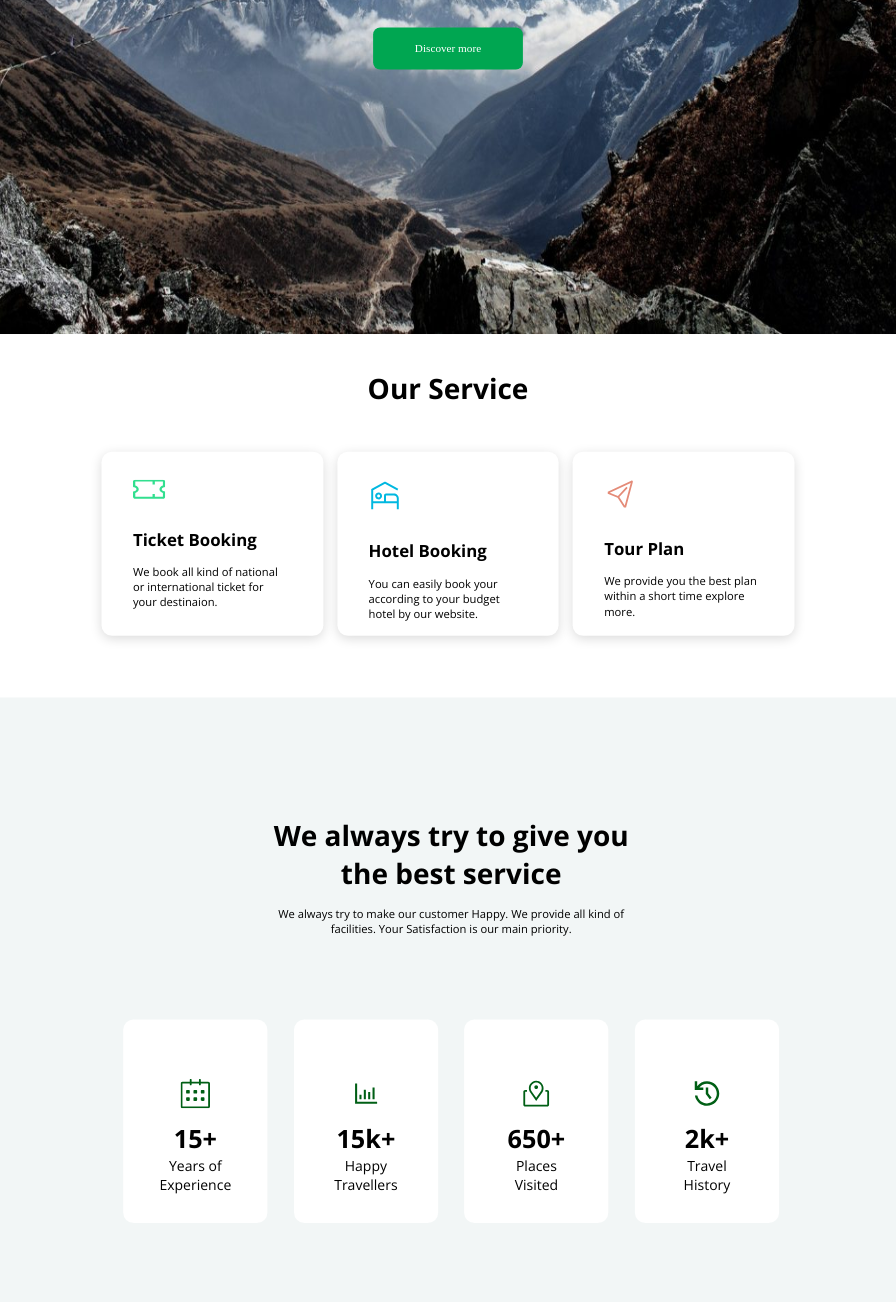
Repository: kubrazamanova/Background-Image
Page: index.html
The author's editor kept a copy of each file at every save. The page is drawn from the files as they stood at one save, then again after the next save.
The browser window is 1280 px wide. The pictures show the part of the page from y = 686 to 2606 px (the page is 2546 px tall before and 2606 px after), at 70% of full size.

Above is the page before, as saved 2023-10-17 19:06:40.

After the next save:
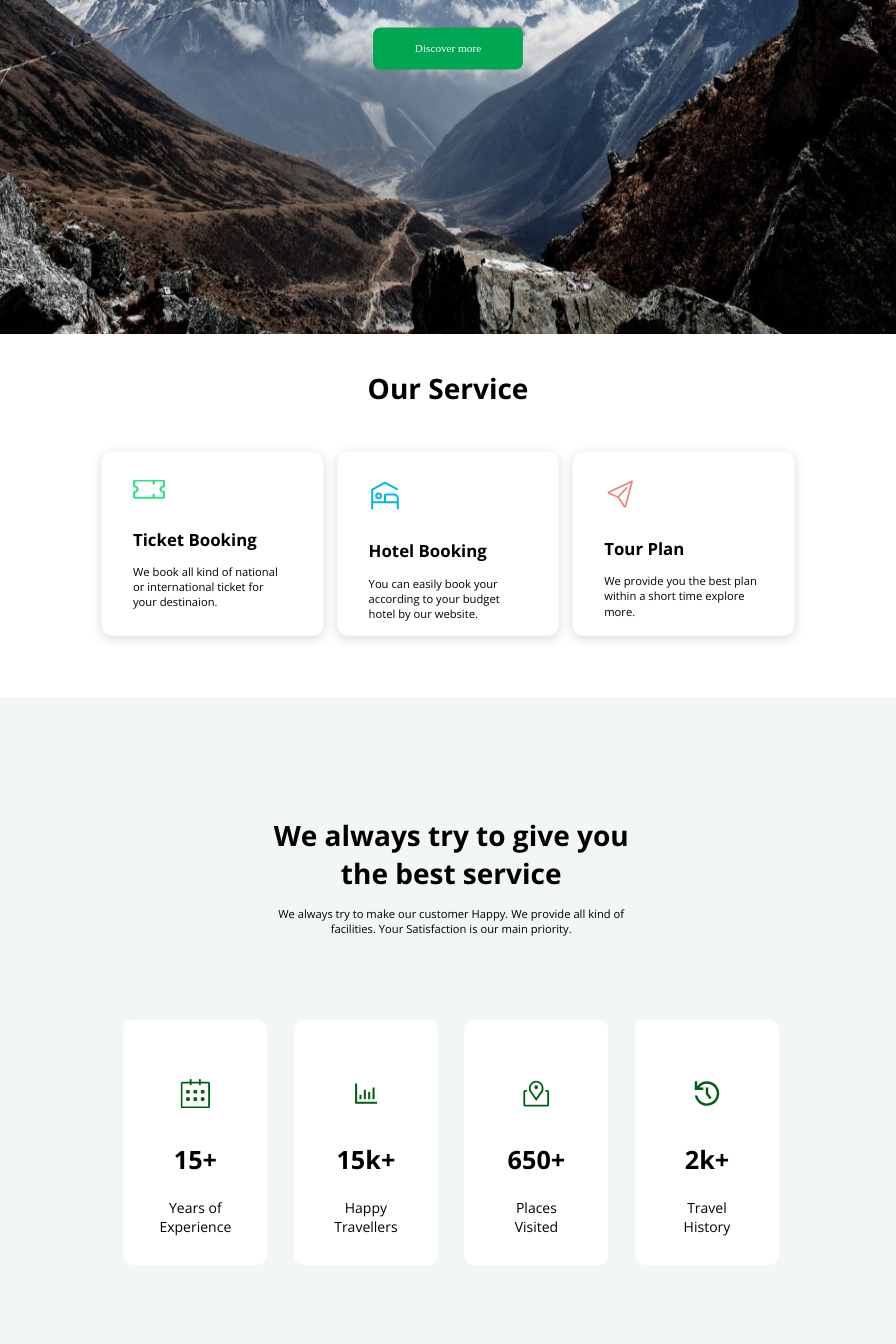
Saved 5 s later.
--- a/index.css
+++ b/index.css
@@ -205,7 +205,7 @@ main {
   display: flex;
   flex-direction: column;
   align-items: center;
-  gap: ;
+  gap: 30px;
 }
 
 .best-service svg {
